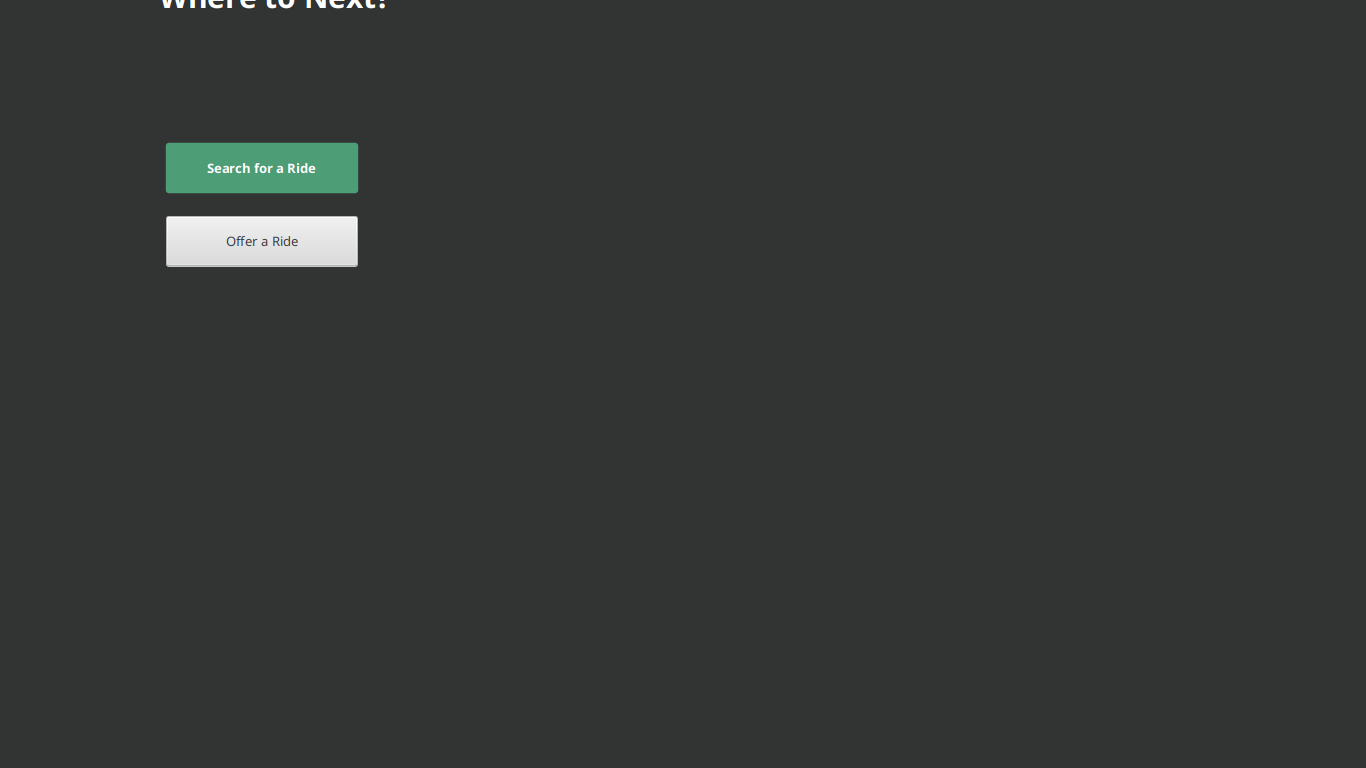
Repository: amyyyyphan/Passage
Program's window: java PassageApp/application/Main.java
These files come from the project's save history. The program's window is drawn as it stood at one moment and after the next save; the edit follows.
It runs on Java 21 on a 1366 x 768 screen with JavaFX 11; the title bar is not drawn. Parts beyond the screen are cut off.

Above is the program's window before, as saved 2019-10-21 08:44:36.

### PassageApp/application/Main.java
package application;

import java.util.ArrayList;

import javafx.application.Application;
import javafx.fxml.FXMLLoader;
import javafx.stage.Stage;
import javafx.scene.Parent;
import javafx.scene.Scene;


public class Main extends Application {
	private static ArrayList<Ride> rides = new ArrayList<Ride>();

	@Override
	public void start(Stage primaryStage) {
		try {
			Parent root = FXMLLoader.load(getClass().getResource("/application/Home.fxml"));
			Scene scene = new Scene(root, 1440, 1024);
			scene.getStylesheets().add(getClass().getResource("application.css").toExternalForm());
			primaryStage.setScene(scene);
			primaryStage.show();
		} catch(Exception e) {
			e.printStackTrace();
		}
	}

	public static void main(String[] args) {
		launch(args);
	}

	public static void addRide(Ride ride) {
		rides.add(ride);
	}

	public static ArrayList<Ride> searchRide(String start, String destination, String date, String time) {
		//keeps track of rides that matches with description
		ArrayList<Ride> matchingRides = new ArrayList<Ride>();

		//search for rides that matches with description
		for (int i = 0; i < rides.size(); i++) {
			Ride currentRide = rides.get(i);
			if (currentRide.getStart().equalsIgnoreCase(start)) {
				if (currentRide.getDestination().equalsIgnoreCase(destination)) {
					if (currentRide.getDate().equals(date)){
						if (currentRide.getTime().equals(time)) {
							matchingRides.add(currentRide);
						}
					}
				}
			}
		}

		//more ride options but does not match time description
		if (matchingRides.size() == 0) {
			for (int j = 0; j < rides.size(); j++) {
				Ride currentRide = rides.get(j);
				if (currentRide.getStart().equalsIgnoreCase(start)) {
					if (currentRide.getDestination().equalsIgnoreCase(destination)) {
						if (currentRide.getDate().equals(date)){
							matchingRides.add(currentRide);
						}
					}
				}
			}

		}
		return matchingRides;
	}
}

### PassageApp/application/Ride.java
package application;

public class Ride {
	private String start;
	private String destination;
	private String date;
	private String time;

	public Ride(String start, String destination, String date, String time) {
		this.start = start;
		this.destination = destination;
		this.date = date;
		this.time = time;
	}

	public String getStart() {
		return start;
	}

	public String getDestination() {
		return destination;
	}

	public String getDate() {
		return date;
	}

	public String getTime() {
		return time;
	}
}

### PassageApp/application/MainController.java
package application;

import javafx.scene.Node;
import javafx.scene.Parent;
import javafx.scene.Scene;
import  javafx.scene.control.Button;
import javafx.scene.control.Label;
import javafx.stage.Stage;

import java.io.IOException;

import javafx.event.ActionEvent;
import javafx.fxml.FXML;
import javafx.fxml.FXMLLoader;

public class MainController {
	@FXML
	private Label brand;

	@FXML
	private Label greeting;

	@FXML
	private Button search;

	@FXML
	private Button offer;

	@FXML
	public void choice(ActionEvent event) throws IOException {
		//gets stage information
		Stage window = (Stage) ((Node)event.getSource()).getScene().getWindow();

		if (event.getSource() == search) {
			Parent searchPageParent = FXMLLoader.load(getClass().getResource("Search.fxml"));
			Scene scene = new Scene(searchPageParent, 600, 400);

			scene.getStylesheets().add(getClass().getResource("application.css").toExternalForm());
			window.setScene(scene);
			window.show();
		}
		else {
			Parent offerPageParent = FXMLLoader.load(getClass().getResource("OfferPage.fxml"));
			Scene scene = new Scene(offerPageParent,600,400);

			scene.getStylesheets().add(getClass().getResource("application.css").toExternalForm());
			window.setScene(scene);
			window.show();
		}
	}
}

### PassageApp/application/Home.fxml
<?xml version="1.0" encoding="UTF-8"?>

<?import javafx.scene.control.Button?>
<?import javafx.scene.control.Label?>
<?import javafx.scene.layout.AnchorPane?>
<?import javafx.scene.text.Font?>

<AnchorPane fx:id="page" prefHeight="400.0" prefWidth="600.0" xmlns="http://javafx.com/javafx/8.0.171" xmlns:fx="http://javafx.com/fxml/1" fx:controller="application.MainController">
   <children>
      <Button fx:id="search" layoutX="204.0" layoutY="238.0" mnemonicParsing="false" onAction="#choice" prefHeight="50.0" prefWidth="192.0" text="Search for a Ride" />
      <Button fx:id="offer" layoutX="204.0" layoutY="311.0" mnemonicParsing="false" onAction="#choice" prefHeight="50.0" prefWidth="192.0" text="Offer a Ride" />
      <Label fx:id="greeting" layoutX="197.0" layoutY="71.0" text="Where to Next?" textAlignment="CENTER">
         <font>
            <Font size="30.0" />
         </font>
      </Label>
      <Label fx:id="brand" layoutX="14.0" layoutY="14.0" text="Passage">
         <font>
            <Font size="16.0" />
         </font>
      </Label>
   </children>
</AnchorPane>

### PassageApp/application/application.css
/* JavaFX CSS - Leave this comment until you have at least create one rule which uses -fx-Property */
#page {
	-fx-font-family: Montserrat;
	-fx-background-color: #323333;
}

#labels {
	-fx-text-fill: white;
}

#brand {
	-fx-text-fill: #4D9D76;
	-fx-font-weight: bold;
}

#greeting {
	-fx-text-fill: white;
	-fx-font-style: normal;
	-fx-font-weight: bold;
}

#search, #nextButton, #greenButton {
	-fx-background-color: #4D9D76;
	-fx-text-fill: white;
	-fx-font-weight: bold;
}

#titleBorder {
	-fx-background-color: #4D9D76;
}

#pageTitle, #status {
	-fx-text-fill: white;
	-fx-font-weight: bold;
}

#summaryWindow {
	-fx-background-color: #C0CBE0;
	-fx-background-radius: 16px;
}

After the next save:
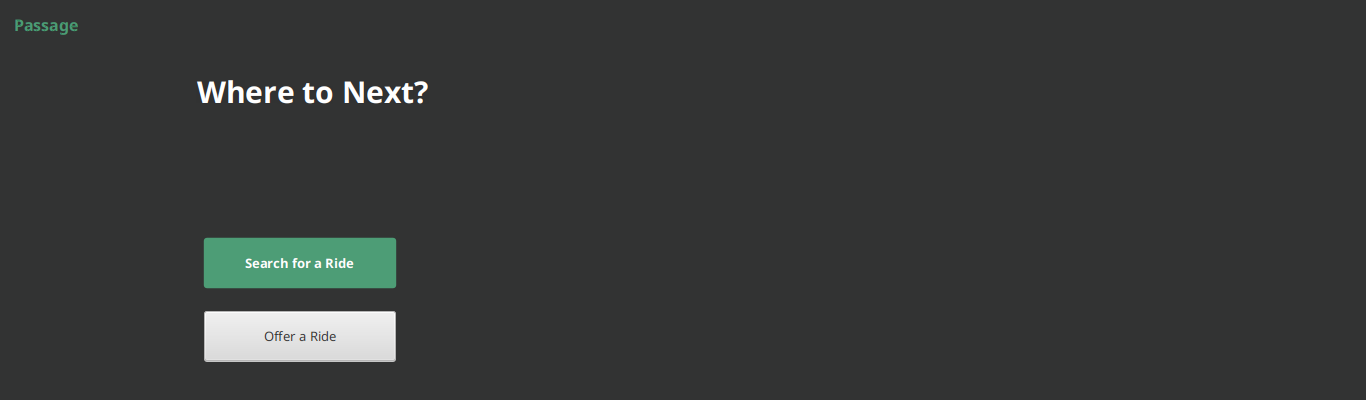
Saved 7 min 20 s later.
--- a/PassageApp/application/Main.java
+++ b/PassageApp/application/Main.java
@@ -16,7 +16,7 @@
 	public void start(Stage primaryStage) {
 		try {
 			Parent root = FXMLLoader.load(getClass().getResource("/application/Home.fxml"));
-			Scene scene = new Scene(root, 1440, 1024);
+			Scene scene = new Scene(root, 600, 400);
 			scene.getStylesheets().add(getClass().getResource("application.css").toExternalForm());
 			primaryStage.setScene(scene);
 			primaryStage.show();
